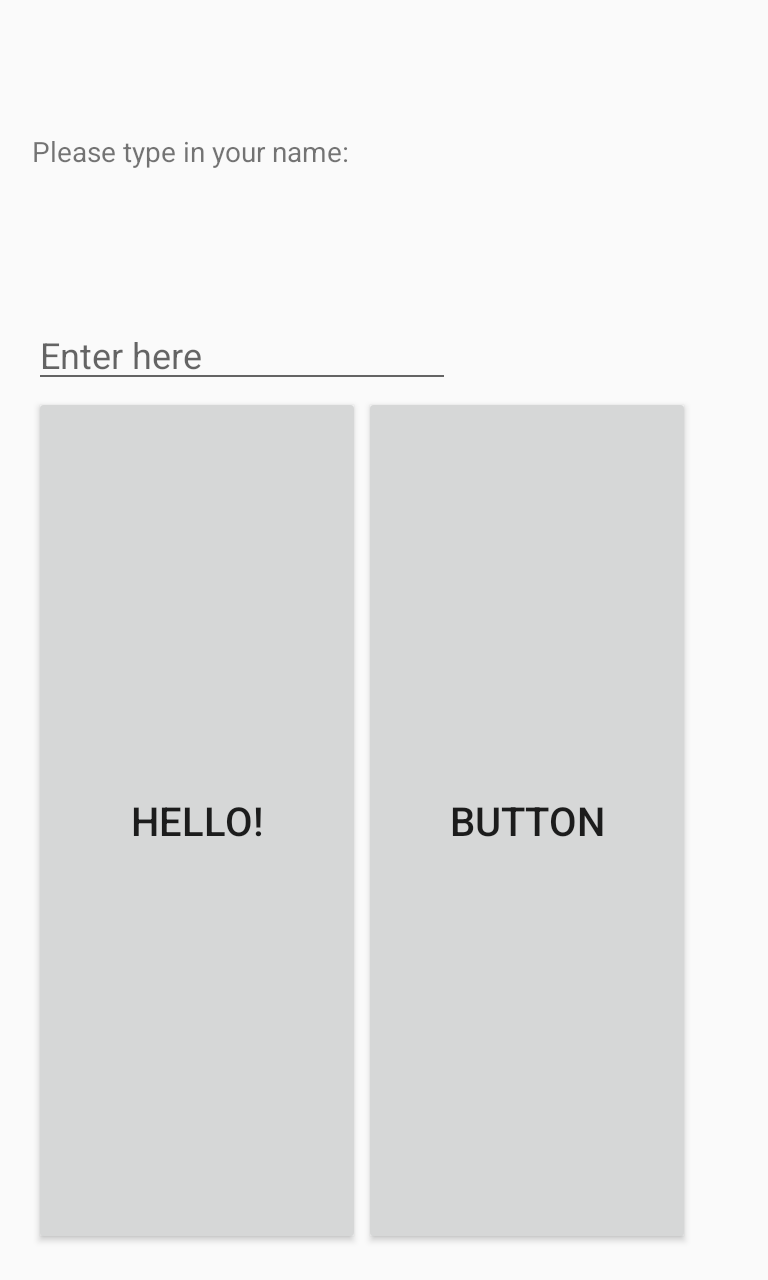
Repository: echolomaniac/HelloWorld
Layout: HelloWorld/res/layout/fragment_main.xml
The author's editor kept a copy of each file at every save. The layout is drawn from the files as they stood at one save, then again after the next save.
It is drawn on a 768 x 1280 px phone screen (xhdpi) without system bars, with theme AppBaseTheme; the app's code is not run.

Above is the layout before, as saved 2014-05-06 05:54:23.

### HelloWorld/res/layout/fragment_main.xml
<RelativeLayout xmlns:android="http://schemas.android.com/apk/res/android"
    xmlns:tools="http://schemas.android.com/tools"
    android:layout_width="match_parent"
    android:layout_height="match_parent"
    android:paddingBottom="@dimen/activity_vertical_margin"
    android:paddingLeft="@dimen/activity_horizontal_margin"
    android:paddingRight="@dimen/activity_horizontal_margin"
    android:paddingTop="@dimen/activity_vertical_margin"
    tools:context="com.example.helloworld.MainActivity$PlaceholderFragment" >

    <LinearLayout
        android:id="@+id/linearLayout1"
        android:layout_width="fill_parent"
        android:layout_height="fill_parent"
        android:layout_alignParentLeft="true"
        android:orientation="vertical" >

        <TextView
            android:id="@+id/textView1"
            android:layout_width="wrap_content"
            android:layout_height="wrap_content"
            android:layout_marginTop="50dp"
            android:text="@string/enter_name" />

        <EditText
            android:id="@+id/editText1"
            android:layout_width="wrap_content"
            android:layout_height="wrap_content"
            android:layout_marginTop="70dp"
            android:ems="10"
            android:hint="@string/hint_enter_name" />

        <LinearLayout
            android:layout_width="fill_parent"
            android:layout_height="0dp"
            android:layout_weight="0.01" >

            <Button
                android:id="@+id/button1"
                android:layout_width="165dp"
                android:layout_height="match_parent"
                android:text="@string/hello_button"
                android:textSize="20sp" />

            <Button
                android:id="@+id/button2"
                android:layout_width="165dp"
                android:layout_height="match_parent"
                android:text="Button"
                android:textSize="20sp" />

        </LinearLayout>

    </LinearLayout>

</RelativeLayout>

### HelloWorld/res/values/strings.xml
<?xml version="1.0" encoding="utf-8"?>
<resources>

    <string name="app_name">HelloWorld</string>
    <string name="hello_world">Hello world!</string>
    <string name="action_settings">Settings</string>
    <string name="enter_name">Please type in your name:</string>
    <string name="hello_button">Hello!</string>
    <string name="hint_enter_name">Enter here</string>
    <string name="button_cancel">Cancel</string>

</resources>

Loaded but not shown: HelloWorld/res/values-v11/styles.xml (common file); HelloWorld/res/values-v14/styles.xml (common file); HelloWorld/res/values/styles.xml (common file); HelloWorld/res/values/dimens.xml (common file); HelloWorld/res/values-w820dp/dimens.xml (common file)

After the next save:
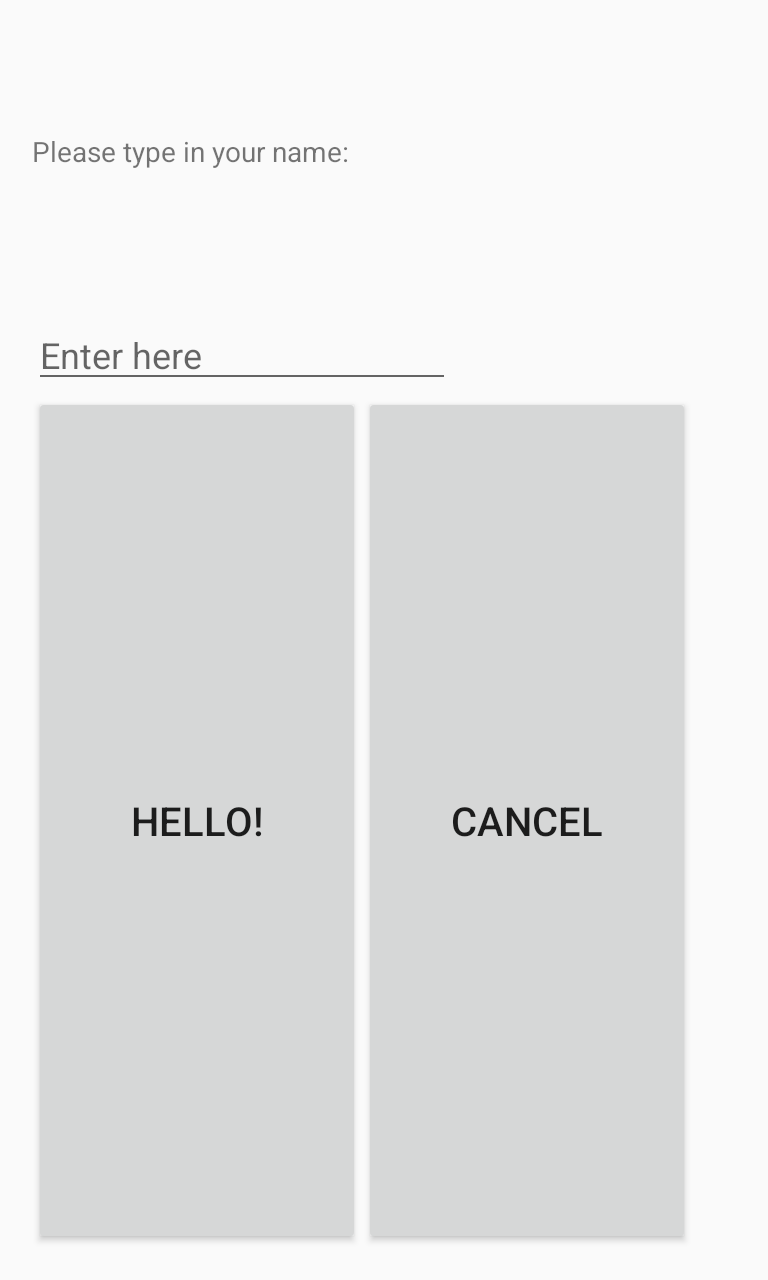
Saved 8 s later.
--- a/HelloWorld/res/layout/fragment_main.xml
+++ b/HelloWorld/res/layout/fragment_main.xml
@@ -46,7 +46,7 @@
                 android:id="@+id/button2"
                 android:layout_width="165dp"
                 android:layout_height="match_parent"
-                android:text="Button"
+                android:text="@string/button_cancel"
                 android:textSize="20sp" />
 
         </LinearLayout>
